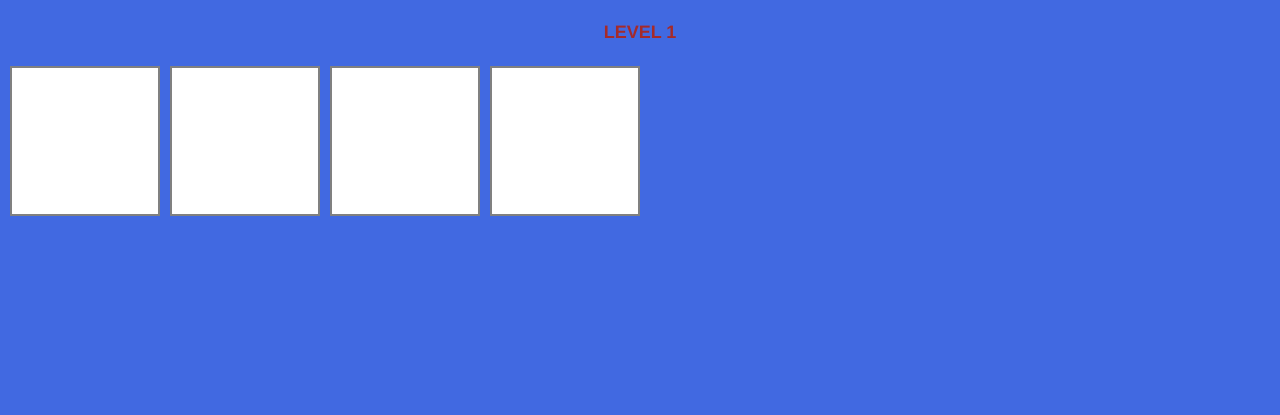
Repository: Shenba-Ps/Jsp-Servlet-B
Page: http://localhost/Test/Booking.jsp
These files come from the project's save history. The page is drawn as it stood at one moment and after the next save; the edit follows.
The browser window is 1280 px wide. The pictures show the whole page.
The page is served by Tomcat 9.

Above is the page before, as saved 2023-06-15 13:15:23.

After the next save:
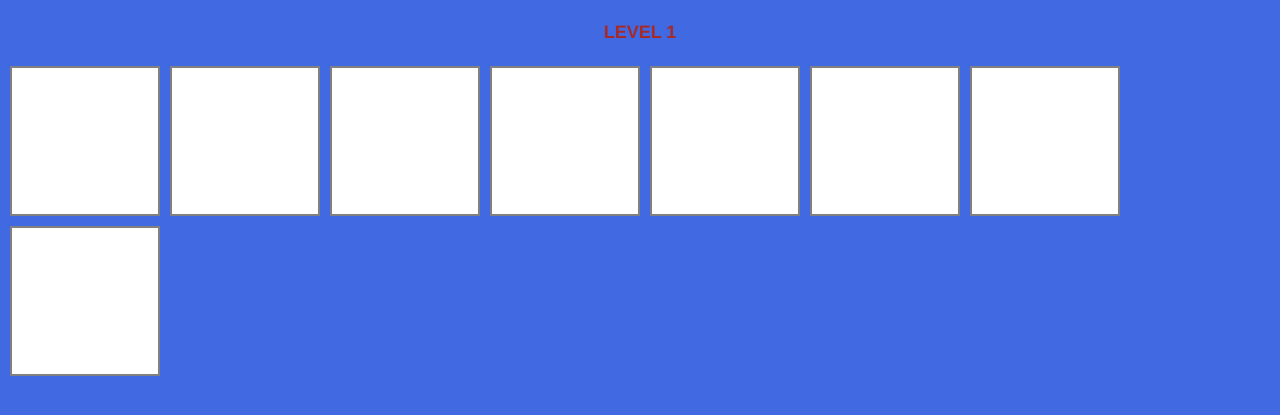
Saved 14 s later.
--- a/Test/src/main/webapp/Booking.jsp
+++ b/Test/src/main/webapp/Booking.jsp
@@ -17,6 +17,10 @@
 				<div class="Title form-group" style="text-align: center;">LEVEL
 					1</div>
 				<div class="row">
+					<div class="col-md-2 Slot Free"></div>
+					<div class="col-md-2 Slot Free"></div>
+					<div class="col-md-2 Slot Free"></div>
+					<div class="col-md-2 Slot Free"></div>
 					<div class="col-md-2 Slot Free"></div>
 					<div class="col-md-2 Slot Free"></div>
 					<div class="col-md-2 Slot Free"></div>
